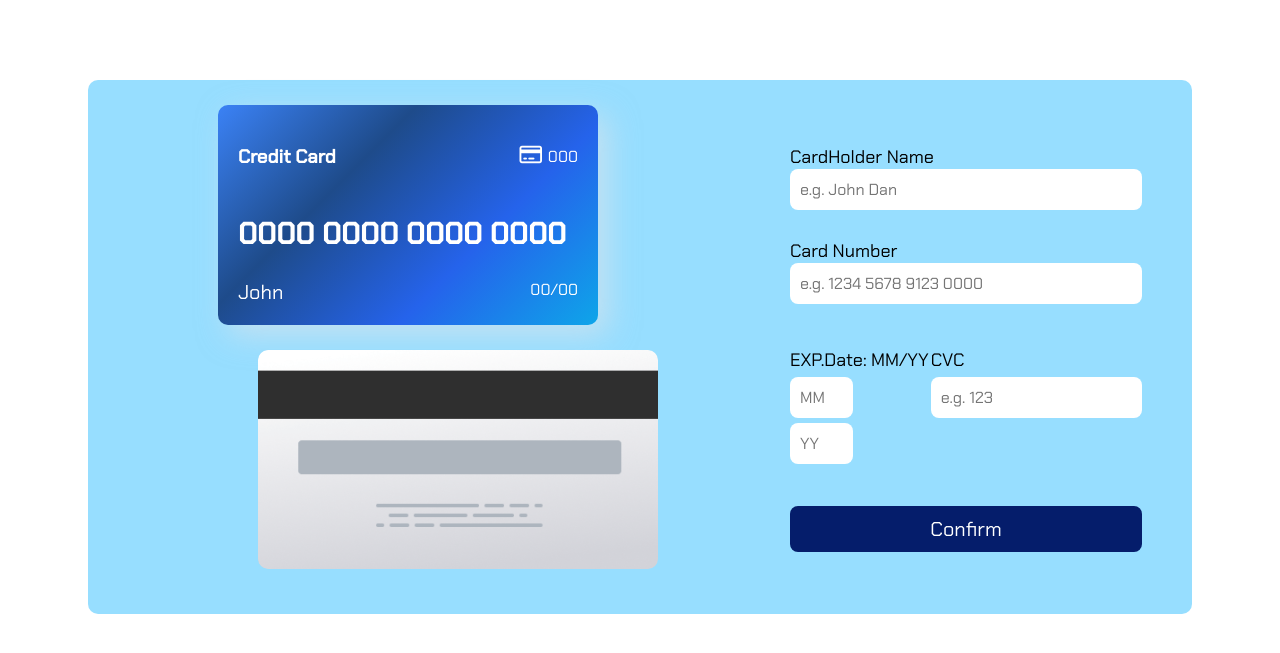
Repository: moehaymanmyint/Interactive-Card-Details-Form
Page: index.html
An editor plug-in stored every save of this project. The page is shown before and after a run of saves, followed by the edit.
The browser window is 1280 px wide. The pictures show the whole page.
Some web libraries are served in a nearby version.

Above is the page before, as saved 2024-10-18 22:39:19.

### index.html
<!DOCTYPE html>
<html lang="en">
<head>
    <meta charset="UTF-8">
    <meta name="viewport" content="width=device-width, initial-scale=1.0">
    <title>Interactive Card Details Form</title>
    <link rel="stylesheet" href="style.css">
    <link rel="stylesheet" href="https://cdnjs.cloudflare.com/ajax/libs/font-awesome/6.6.0/css/all.min.css" />
</head>
<body>
    <div class="container">
    <!-- Left Side -->
    <div class="left-container">
        <div class="front-card">
            <div class="header">
                <h3>Credit Card</h3>
                <div>
                    <i class="fa-regular fa-credit-card"></i>
                    <span style="margin-left: 2px;" class="cnv">000</span>
                </div>
            </div>
            <div class="number" style="text-align: justify; " >0000 0000 0000 0000</div>
            <div class="" style="display: flex; justify-content: space-between;">
                <span class="name">John</span>
                <span class="date">
                    <span class="date">00/00</span>
                </span>
            </div>
        </div>


        <div class="back-card">
            <img src="./img/bg-card-back.png" alt="">
        </div>
    </div>

    <!-- Right Side -->
    <div class="right-container">
        <form action="">
            <div class="card-name">
                <label for="">CardHolder Name</label><br>
                <input type="text" placeholder="e.g. John Dan" class="card-input" id="name-input">
                <span class="name-error">Required</span>
            </div>
            <div class="card-number">
                <label for="">Card Number</label><br>
                <input type="text" placeholder="e.g. 1234 5678 9123 0000" class="card-input" id="number-input" maxlength="16">
                <span class="number-error">Required</span>
            </div>
            <div class="card-info">
                <div class="" style="width: 40%;">
                    <label for="">EXP.Date: MM/YY</label><br>
                    <input type="text" placeholder="MM" class="card-date" id="month-input" maxlength="2">
                    <input type="text" placeholder="YY" class="card-date" id="year-input" maxlength="4">
                    <span class="date-error">Required</span>
                </div>
                <div class="cvc" style="width: 60%;">
                    <label for="">CVC</label><br>
                    <input type="text" placeholder="e.g. 123" class="card-cvc" maxlength="3" id="cnv-input">
                    <span class="cnv-error">Required</span>
                </div>
            </div>

            <div class="btn">
                <input type="submit" value="Confirm" class="confirm-btn">
            </div>
        </form>
    </div>
    </div>
</body>
<script src="app.js"></script>
</html>

### style.css
@import url('https://fonts.googleapis.com/css2?family=Chakra+Petch:wght@300;400;500&display=swap');

body{
    font-family: "Chakra Petch", sans-serif;
}
.container{
    display: flex;
    justify-content: center;
    margin: 80px;
    border-radius: 10px;
    background-color: #97deff;
}

.left-container,
.right-container {
    margin: 20px 50px;
    width: 50%;
}

.right-container{
    display: flex;
    align-items: center;
    font-size: 20px;
}

.front-card{
    background: linear-gradient(135deg, #3b82f6, #1e4b8a, #2563eb, #0ea5e9);
    box-shadow: 10px 10px 30px rgba(242, 230, 230, 0.5);
    color: white;
    padding: 20px;
    border-radius: 10px;
    height: 180px;
    width: 340px;
    margin: 5px 80px;
    display: flex;
    flex-direction: column;
    justify-content: space-between;
}

.header{
    display: flex;
    justify-content: space-between;
    align-items: center;
}

.header i{
    font-size: 20px;
}

.front-card .number{
    font-size: 30px;
    font-weight: bold;
}

.front-card .name{
    font-size: 20px;
}

.back-card img{
    width: 400px;
    margin: 20px 40px;
    border-radius: 10px;
    margin-left: 120px;
}

.right-container div{
    margin: 15px 0;
}

.card-input {
    width: 100%;
    border: none;
    padding: 10px;
    border-radius: 8px;
    box-sizing: border-box;
}

.card-date {
    width: 45%;
    margin-top: 5px;
    margin-right: 5px;
    border: none;
    padding: 10px;
    border-radius: 8px;
    box-sizing: border-box;
}

.card-cvc {
    width: 100%;
    margin-top: 5px;
    border: none;
    padding: 10px;
    border-radius: 8px;
    box-sizing: border-box;
}

.confirm-btn {
    width: 100%;
    padding: 10px;
    border-radius: 8px;
    border: none;
    background-color: rgb(5, 29, 107);
    font-size: 20px;
    color: white;
    cursor: pointer;
}

.card-info {
    display: flex;
    justify-content: space-evenly;
}

label{
    font-size: 18px;
}
input{
    transition: 0.5s;
    font-size: 16px;
    font-family: "Chakra Petch", sans-serif;
}
input:focus{
    outline: none;
    box-shadow: 10px 10px 15px rgba(3, 19, 68, 0.3);
}

.card-name,
.card-number,
.card-info{
    padding-bottom: 12px;
}

.name-error,
.number-error,
.date-error,
.cnv-error{
    color: red;
    display: none;
    font-size: 15px;
}

### app.js
let cardName = document.querySelector(".name");
let cardNumber = document.querySelector(".number");
let cardDate = document.querySelector(".date");
let cardCNV = document.querySelector(".cnv");

let name = document.querySelector("#name-input");
let number = document.querySelector("#number-input");
let year = document.querySelector("#year-input");
let month = document.querySelector("#month-input");
let cnv = document.querySelector("#cnv-input")

let nameError = document.querySelector(".name-error");
let numberError = document.querySelector(".number-error");
let dateError = document.querySelector(".date-error");
let cnvError = document.querySelector(".cnv-error");

function getData(event) {
    event.preventDefault();
    let validAll = true;
    nameError.style.display = "none";
    numberError.style.display = "none";
    dateError.style.display = "none";
    cnvError.style.display = "none";

    // Validate name
    if (name.value.trim() === "") {
        nameError.style.display = "inline";
        validAll = false;
    }

    // Validate card number
    if (number.value === "") {
        numberError.style.display = "inline";
        validAll = false;
    } else if (isNaN(Number(number.value)) || number.value.length !== 16) {
        numberError.style.display = "inline";
        numberError.innerHTML = "Enter a valid 16-digit number";
        validAll = false;
    }

    // Validate month and year
    let current = new Date();
    let currentYear = current.getFullYear()
    if (month.value === "" || year.value === "") {
        dateError.style.display = "inline";
        validAll = false;
    }else if(month.value < 1 || month.value > 12 || isNaN(Number(month.value)) || isNaN(Number(year.value)) || year.value > currentYear){
        dateError.style.display = "inline";
        dateError.innerHTML = "Enter Correct Date*";
        validAll = false;
    }

    // Validate CNV
    if(cnv.value === ""){
        cnvError.style.display = "inline";
        validAll = false;
    } else if (isNaN(Number(cnv.value))) {
        cnvError.style.display = "inline";
        cnvError.innerHTML = "Enter a number";
        validAll = false;
    }

    if (validAll) {
        cardName.innerHTML = name.value;
        formatNumber = ""
        for(let i = 0; i < number.value.length; i++){
            if (i % 4 === 0) {
                formatNumber += ' ';
            }
            formatNumber += number.value[i];
        }
        cardNumber.innerHTML = formatNumber;

        if(month.value.length < 2){
            cardDate.innerHTML = "0" + month.value + "/" + year.value;
        } else {
            cardDate.innerHTML = month.value + "/" + year.value;
        }

        cardCNV.innerHTML = cnv.value;
    }
}

let confirmBtn = document.querySelector(".confirm-btn");
confirmBtn.addEventListener("click", getData);

After the next 2 saves:
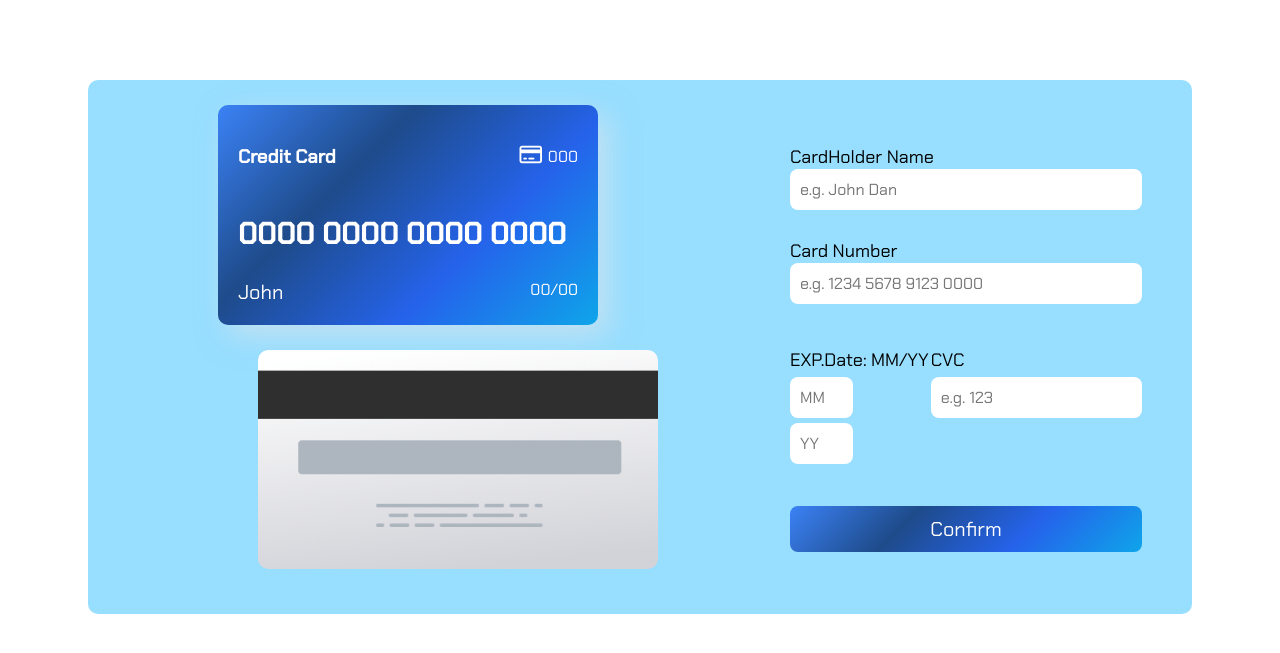
The 2 saves are shown as one change because they came seconds apart.
The last was saved 45 s later.
--- a/style.css
+++ b/style.css
@@ -99,7 +99,7 @@ body{
     padding: 10px;
     border-radius: 8px;
     border: none;
-    background-color: rgb(5, 29, 107);
+    background: linear-gradient(135deg, #3b82f6, #1e4b8a, #2563eb, #0ea5e9);
     font-size: 20px;
     color: white;
     cursor: pointer;
